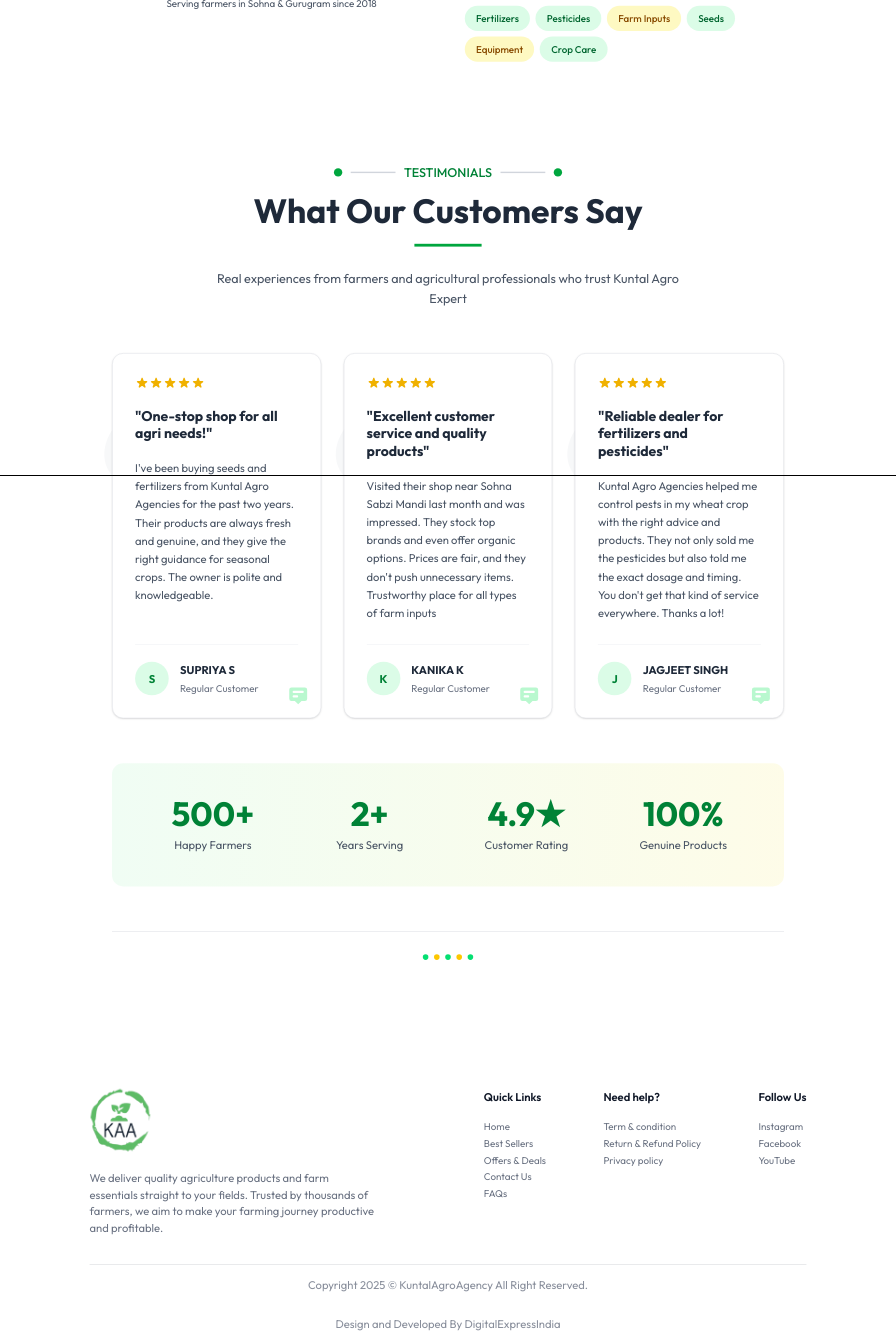
Repository: deepak445566/agro
Page: / (app in client/)
The author's editor kept a copy of each file at every save. The page is drawn from the files as they stood at one save, then again after a run of saves.
The browser window is 1280 px wide. The pictures show the part of the page from y = 2225 to 4145 px (the page is 4145 px tall before and 4089 px after), at 70% of full size.
The page's requests for data from a server got no answer. Some web fonts or font styles are not loaded; a fallback is used. The project was rebuilt for these pictures with package versions that can differ from the ones it lists, and the page was loaded fresh each time. No one was signed in, and anything a server would have sent is missing. Also part of the build but not shown: client/vite.config.js, client/src/components/ProductCard.jsx, client/src/components/BottomBanner.jsx, client/src/components/NewsLetter.jsx, client/src/components/Login.jsx, client/src/pages/AllProduct.jsx, client/src/pages/Productcato.jsx, client/src/pages/ProductDetail.jsx and 13 more.

Above is the page before, as saved 2025-12-23 10:27:46.

### client/index.html
<!doctype html>
<html lang="en">
  <head>
    <meta charset="UTF-8" />
    <link rel="icon" type="image/svg+xml" href="/logo1.png" />
    <meta name="viewport" content="width=device-width, initial-scale=1.0" />
    <title>Kuntal Agro Agencies</title>
  </head>
  <body>
    <div id="root"></div>
    <script type="module" src="/src/main.jsx"></script>
  </body>
</html>

### client/src/main.jsx
import { StrictMode } from 'react'
import { createRoot } from 'react-dom/client'
import './index.css'
import App from './App.jsx'
import {BrowserRouter} from 'react-router-dom'
import { AppContextProvider } from './context/AppContext.jsx'


createRoot(document.getElementById('root')).render(
  <BrowserRouter>
  <AppContextProvider>
    <App />
    </AppContextProvider>
 </BrowserRouter>,
)

### client/src/index.css



@import url('https://fonts.googleapis.com/css2?family=Anton&family=Archivo+Black&family=Bebas+Neue&family=Bungee&family=Exo+2:ital,wght@0,100..900;1,100..900&family=Frijole&family=Kaushan+Script&family=Lilita+One&family=Mozilla+Headline:wght@200..700&family=Outfit:wght@100..900&family=Poppins:ital,wght@0,100;0,200;0,300;0,400;0,500;0,600;0,700;0,800;0,900;1,100;1,200;1,300;1,500;1,600;1,700;1,800;1,900&family=Rowdies:wght@300;400;700&family=Signika+Negative:wght@300..700&display=swap');

@import "tailwindcss";

*{
  font-family: "Outfit", sans-serif;
}
@theme {
  --color-primary:#4fbf8b;
  --color-primary-dull: #44ae7c;
}
/* ખાસ modal transitions */
.modal-enter {
  opacity: 0;
  transform: scale(0.9);
}

.modal-enter-active {
  opacity: 1;
  transform: scale(1);
  transition: opacity 300ms, transform 300ms;
}

.modal-exit {
  opacity: 1;
}

.modal-exit-active {
  opacity: 0;
  transform: scale(0.9);
  transition: opacity 300ms, transform 300ms;
}

### client/src/App.jsx
import React from 'react'
import Navbar from './components/Navbar'
import Home from './pages/Home'
import { Route, Routes, useLocation } from 'react-router-dom'
import { Toaster } from 'react-hot-toast';
import Footer from './components/Footer';
import { useAppContext } from './context/AppContext';
import Login from './components/Login';
import AllProduct from './pages/AllProduct';
import Productcato from './pages/Productcato';
import ProductDetail from './pages/ProductDetail';
import Cart from './pages/Cart';
import Addaddress from './components/Addaddress';
import Myorders from './pages/Myorders';
import SellerLogin from './components/seller/SellerLogin';
import SellerLayout from './pages/seller/SellerLayout';
import Addproduct from './pages/seller/Addproduct';
import ProductList from './pages/seller/ProductList';
import Order from './pages/seller/Order';
import Loading from './components/Loading';
import TermsAndConditions from './pages/Term';
import ReturnRefundPolicy from './pages/Return';
import PrivacyPolicy from './pages/Policy';
import Contact from './components/Contact';

function App() {
  const isSellerPath = useLocation().pathname.includes("seller");
  const {showLogin,isSeller} = useAppContext();

  return (
    <>
      <div className='text-default min-h-screen text-gray-700 bg-white'>
        {isSellerPath ? null : <Navbar/>}
        {showLogin ? <Login/> : null}
        <Toaster></Toaster>
        <div className={` ${isSellerPath ? " ":"px-6 md:px-16 lg:px-24 xl:px-32" }`}>
          <Routes>
            <Route path='/' element={<Home/>}/>
            <Route path='/products' element={<AllProduct/>}/>

            {/* सबसे specific route पहले - subcategory route */}
            <Route path='/products/:category/:subcategory' element={<Productcato/>}/>

            {/* फिर category route */}
            <Route path='/products/:category' element={<Productcato/>}/>

            {/* Product detail के लिए अलग route pattern */}
            <Route path='/product/:id' element={<ProductDetail/>}/>

            <Route path='/cart' element={<Cart/>}/>
            <Route path='/add-address' element={<Addaddress/>}/>
            <Route path='/myOrders' element={<Myorders/>}/>
            <Route path="/loader" element={<Loading/>}/>
            <Route path="/term" element={<TermsAndConditions/>}/>
            <Route path="/return" element={<ReturnRefundPolicy/>}/>
            <Route path='/policy' element={<PrivacyPolicy/>}/>
<Route path='/contact' element={<Contact/>}/>
            <Route path='/seller' element={isSeller?<SellerLayout/> :<SellerLogin/>}>
              <Route index element={isSeller?<Addproduct/>:null} />
              <Route path='product-list' element={isSeller?<ProductList/>:null} />
              <Route path='orders' element={<Order/>}/>
            </Route>
          </Routes>
        </div>
        {!isSellerPath && <Footer />}
      </div>
    </>
  )
}

export default App;

### client/src/context/AppContext.jsx
import { createContext, useContext, useEffect, useState } from "react";
import { useNavigate } from "react-router-dom";

import toast from "react-hot-toast";
import axios from "axios";


axios.defaults.withCredentials = true;
axios.defaults.baseURL = import.meta.env.VITE_BACKEND_URL;






export const AppContext = createContext();

export const AppContextProvider = ({ children }) => {
  const navigate = useNavigate();

  const [user, setUser] = useState(null);
  const [isSeller, setIsSeller] = useState(false);
  const [showLogin, setShowLogin] = useState(false);
  const [products, setProducts] = useState([]);
  const [cartItems, setCartItems] = useState({});
  const [search, setSearch] = useState({});

  //status//
const fetchSeller = async () => {
  try {
    const { data } = await axios.get("/api/seller/isauth");

    if (data.success) {
      setIsSeller(true);

    } else {
      setIsSeller(false);
      console.log("Seller not authenticated:", data.message);
    }
  } catch (error) {
    console.error("Error checking seller auth:", error);
    setIsSeller(false);
  }
};





  const fetchUser = async ()=>{
    try {
      const {data} = await axios.get('/api/user/isauth');
      if(data.success){
        setUser(data.user)
        setCartItems(data.user.cartItems)

      }
    } catch (error) {
      setUser(null)
    }
  }


  // Fetch products
  const fetchProducts = async () => {
   try{
const {data} = await axios.get("/api/product/list")
if(data.success){
  setProducts(data.products)
}else{
  toast.error(data.message)
}
   }catch(error){
toast.error(error.message)
   }
  };

  // Add to cart
  const addToCart = (itemId) => {
    let cartData = structuredClone(cartItems);
    if (cartData[itemId]) {
      cartData[itemId] += 1;
    } else {
      cartData[itemId] = 1;
    }
    setCartItems(cartData);
    console.log(cartItems);
    toast.success("Added to Cart");
  };

  // Update cart quantity
  const updateCart = (itemId, quantity) => {
    let cartData = structuredClone(cartItems);
    if (quantity <= 0) {
      delete cartData[itemId];
    } else {
      cartData[itemId] = quantity;
    }
    setCartItems(cartData);
  };

  // Remove product from cart completely
  const removeFromCart = (itemId) => {
    let cartData = structuredClone(cartItems);
    if (cartData[itemId]) {
      delete cartData[itemId];
      setCartItems(cartData);
      toast.success("Removed from Cart");
    }
  };

  const getcount = () => {
    let totalcount = 0;
    for (const item in cartItems) {
      totalcount += cartItems[item];
    }
    return totalcount;
  };

  const gettotal = () => {
    let totalAmount = 0;
    for (const itemId in cartItems) {
      let itemInfo = products.find((pro) => pro._id === itemId);
      if (itemInfo && cartItems[itemId] > 0) {
        totalAmount += itemInfo.offerPrice * cartItems[itemId]; // ✅ fixed property name
      }
    }
    return Math.floor(totalAmount * 100) / 100;
  };

  useEffect(() => {
    fetchSeller()
    fetchUser()
    fetchProducts()
  }, []);
//databasecrt items//
useEffect(()=>{
const updateCart = async () => {
  try {
    const { data } = await axios.post('/api/cart/update', {
      userId: user._id,   // make sure user object has _id
      cartItems
    });
    if (!data.success) {
      toast.error(data.message);
    }
  } catch (error) {
    toast.error(error.message);
  }
};

if(user){
  updateCart()
}


},[cartItems])



  const value = {
    navigate,
    user,
    setUser,
    isSeller,
    setIsSeller,
    showLogin,
    setShowLogin,
    products,
    addToCart,
    updateCart,
    removeFromCart, // ⬅ new function
    cartItems,
    search,
    setSearch,
    getcount,
    gettotal,
    axios,
    fetchProducts,
    setCartItems
  };

  return <AppContext.Provider value={value}>{children}</AppContext.Provider>;
};

// Custom hook
export const useAppContext = () => {
  return useContext(AppContext);
};

### client/src/pages/Home.jsx
import React from 'react'

import MainBanner from '../components/MainBanner'

import BestSeller from '../components/BestSeller'
import BottomBanner from '../components/BottomBanner'
import NewsLetter from '../components/NewsLetter'
import OurStory from '../components/OurStory'
import Reviews from '../components/Reviews'
import Categories from '../components/Categories'

export default function() {
  return (
   <>
   <div className='mt-10'>
    <MainBanner/>
 <Categories/>
    <BestSeller/>
    <OurStory/>
   <Reviews/>

   </div>
   </>
  )
}

### client/src/components/Footer.jsx
import React from 'react'
import { assets, footerLinks } from '../assets/assets'

function Footer() {
  return (
 <>
  <div className="px-6 md:px-16 lg:px-24 xl:px-32 mt-24">
            <div className="flex flex-col md:flex-row items-start justify-between gap-10 py-10 border-b border-gray-500/30 text-gray-500">
                <div>
                    <img className="w-34 md:w-22" src="/logo1.png" alt="dummyLogoColored" />
                    <p className="max-w-[410px] mt-6">We deliver quality agriculture products and farm essentials straight to your fields. Trusted by thousands of farmers, we aim to make your farming journey productive and profitable.</p>
                </div>
                <div className="flex flex-wrap justify-between w-full md:w-[45%] gap-5 ">
                    {footerLinks.map((section, index) => (
                        <div key={index}>
                            <h3 className="font-semibold text-base text-gray-900 md:mb-5 mb-2">{section.title}</h3>
                            <ul className="text-sm space-y-1">
                                {section.links.map((link, i) => (
                                    <li key={i}>
                                        <a href={link.url} className="hover:underline transition">{link.text}</a>
                                    </li>
                                ))}
                            </ul>
                        </div>
                    ))}
                </div>
            </div>
            <div>
            <p className="py-4 text-center text-sm md:text-base text-gray-500/80">
                Copyright 2025 © <a href="#">KuntalAgroAgency</a> All Right Reserved.
            </p>
              <p className="py-4 text-center text-sm md:text-base text-gray-500/80">
               Design and Developed By <a href="www.digitalexpressindia.com">DigitalExpressIndia</a>
            </p>
            </div>
        </div>

 </>
  )
}

export default Footer

### client/src/components/MainBanner.jsx
import React from "react";
import { assets } from "../assets/assets";
import { Link } from "react-router-dom";

function MainBanner() {
  return (
    <div className="relative w-full">
      {/* Banner image */}
      <img
        src="/lo.png"
        alt="Main banner"
        className="w-full hidden md:block"
      />
      <img
        src="/mo.png"
        alt="Main banner mobile"
        className="w-full md:hidden"
      />

      {/* Overlay content */}
      <div className="absolute inset-0 flex flex-col justify-center md:items-start items-center px-6 md:px-16 mt-96 lg:mt-0 md:mt-0">


        {/* Buttons */}
        <div className="lg:mt-66 mt-20 mr-32 flex flex-col md:flex-row items-center  md:justify-start gap-4">
          <Link
            to="/products"
            className="flex items-center gap-2 px-7 py-3 bg-green-500 hover:bg-green-600 text-white rounded-md transition"
          >
            Shop now
            <img
              src={assets.white_arrow_icon}
              alt="arrow"
              className="w-4 h-4"
            />
          </Link>


        </div>
      </div>
    </div>
  );
}

export default MainBanner;

### client/src/components/BestSeller.jsx
import React from "react";
import ProductCard from "./ProductCard";
import { useAppContext } from "../context/AppContext";

function BestSeller() {
  const { products } = useAppContext();

  return (
    <div className="mt-10">
      {/* Heading */}
      <p className="text-2xl md:text-3xl font-semibold mb-4">
        Best Products
      </p>

      {/* Products Grid */}
      <div className="grid grid-cols-2 sm:grid-cols-3 md:grid-cols-4 lg:grid-cols-5 gap-4 lg:gap-6">
        {products
          .filter((item) => item.inStock)
          .slice(0, 5)
          .map((item) => (
            <ProductCard key={item._id} product={item} />
          ))}
      </div>
    </div>
  );
}

export default BestSeller;

### client/src/components/Categories.jsx
import React from "react";
import { assets, categories } from "../assets/assets";
import { useAppContext } from "../context/AppContext";

function Categories() {
  const { navigate } = useAppContext();

  // Function to handle category click
  const handleCategoryClick = (category) => {
    navigate(`/products/${category.text.toLowerCase()}`);
    scrollTo(0, 0);
  };

  return (
    <div className="mt-16">
      <div className="flex items-center justify-between mb-6">
        <p className="text-2xl md:text-3xl font-bold text-gray-900">Shop By Category</p>
        <div className="w-16 h-1 bg-primary rounded-full"></div>
      </div>

      {/* Main Categories Grid */}
      <div className="grid grid-cols-2 sm:grid-cols-3 md:grid-cols-5 lg:grid-cols-6 xl:grid-cols-7 gap-4">
        {categories.map((category, index) => (
          <div
            key={index}
            className="group cursor-pointer py-5 px-3 rounded-xl flex flex-col justify-center items-center border transition-all duration-300 hover:scale-105 hover:shadow-lg"
            style={{
              backgroundColor: category.bgColor || "#ffffff",
              borderColor: category.bgColor ? category.bgColor + "80" : "#e5e7eb"
            }}
            onClick={() => handleCategoryClick(category)}
          >
            {/* Category Icon/Image */}
            <div className="relative">
              {category.image ? (
                <img
                  src={category.image}
                  alt={category.text}
                  className="transition-transform duration-300 group-hover:scale-110 max-w-20"
                />
              ) : (
                <div className="w-16 h-16 flex items-center justify-center text-3xl">
                  {getCategoryEmoji(category.text)}
                </div>
              )}
            </div>

            {/* Category Name */}
            <p className="text-sm font-semibold mt-3 text-center text-gray-800">
              {category.text}
            </p>
          </div>
        ))}
      </div>
    </div>
  );
}

// Function to get emoji for category
const getCategoryEmoji = (category) => {
  const emojiMap = {
    "Crop": "🌱",
    "Fertilizer": "🧪",
    "Pesticide": "🐛",
    "Household Items": "🏠",
    "Sprayers": "💦",
    "Sprayers Parts": "🔧",
    "Terrace Gardening": "🏡",
    "Household Insecticides": "🦟",
    "Farm Machinery": "🚜",
    "Plantation": "🌴"
  };

  return emojiMap[category] || "📦";
};

export default Categories;

Loaded but not shown: client/src/assets/assets.js (185 lines, source omitted); client/src/components/Navbar.jsx (396 lines, source omitted); client/src/components/OurStory.jsx (171 lines, source omitted); client/src/components/Reviews.jsx (170 lines, source omitted)

After the next 5 saves:
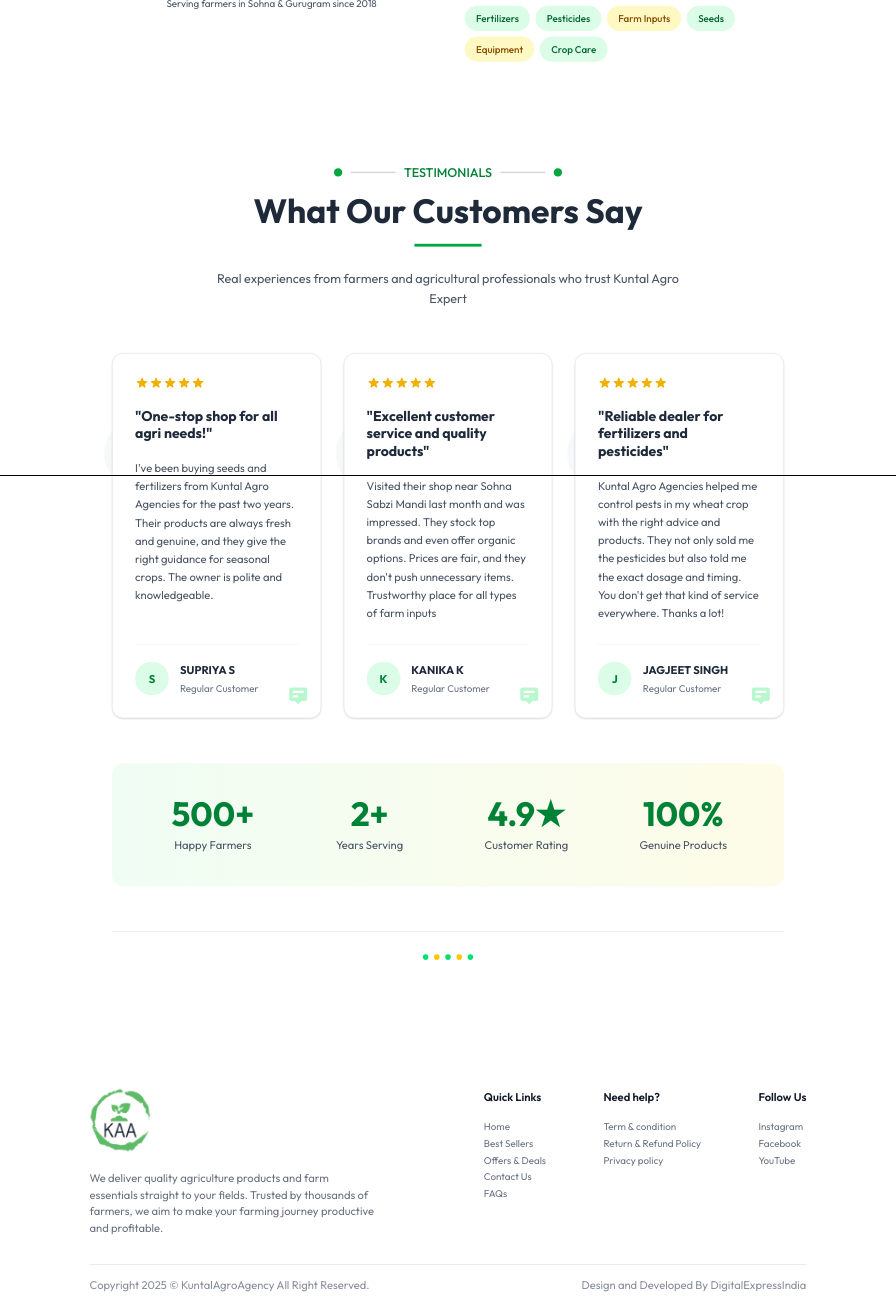
The 5 saves are shown as one change because they came seconds apart.
The last was saved 19 s later.
--- a/client/src/components/Footer.jsx
+++ b/client/src/components/Footer.jsx
@@ -25,7 +25,7 @@
                     ))}
                 </div>
             </div>
-            <div>
+            <div className='flex justify-between'>
             <p className="py-4 text-center text-sm md:text-base text-gray-500/80">
                 Copyright 2025 © <a href="#">KuntalAgroAgency</a> All Right Reserved.
             </p>
